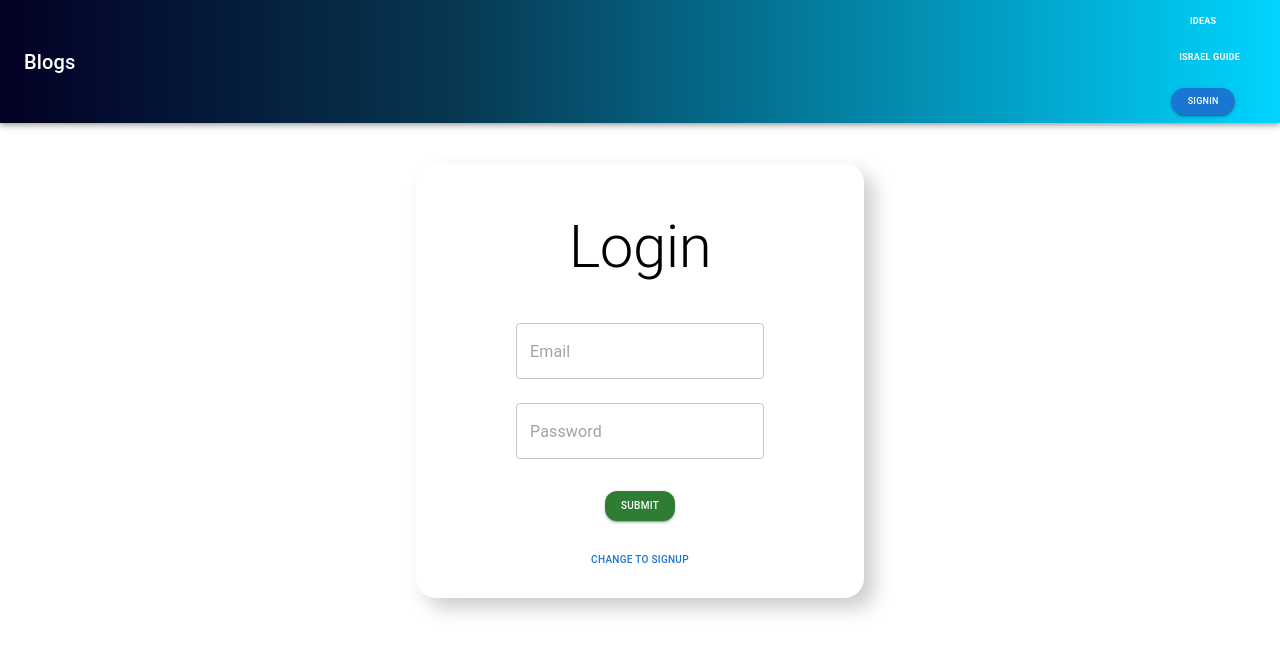
Repository: LolaSL/myBlogs
Page: /auth (app in frontend/)
These files come from the project's save history. The page is drawn as it stood at one moment and after a run of saves; the edit follows.
The browser window is 1280 px wide. The pictures show the whole page.
The project was rebuilt for these pictures with package versions that can differ from the ones it lists, and the page was loaded fresh each time. Also part of the build but not shown: frontend/src/components/Blog.jsx, frontend/src/components/Blogs.jsx, frontend/src/components/UserBlog.jsx, frontend/src/components/BlogDetails.jsx, frontend/src/components/AddBlog.jsx, frontend/src/pages/HotelTips.jsx, frontend/src/pages/TouristTips.jsx, frontend/src/pages/Journey.jsx and 7 more. Imported but missing from the stored project, and not drawn on this page: frontend/src/components/videos/video.webm.

Above is the page before, as saved 2024-04-14 13:17:56.

### frontend/public/index.html
<!DOCTYPE html>
<html lang="en">
  <head>
    <meta charset="utf-8" />
    <link rel="icon" href="%PUBLIC_URL%/favicon.ico" />
    <meta name="viewport" content="width=device-width, initial-scale=1" />
    <meta name="theme-color" content="#000000" />
    <meta
      name="description"
      content="Web site created using create-react-app"
    />
    <link rel="apple-touch-icon" href="%PUBLIC_URL%/logo192.png" />
    <!--
      manifest.json provides metadata used when your web app is installed on a
      user's mobile device or desktop. See https://developers.google.com/web/fundamentals/web-app-manifest/
    -->
    <link rel="manifest" href="%PUBLIC_URL%/manifest.json" />
    <!--
      Notice the use of %PUBLIC_URL% in the tags above.
      It will be replaced with the URL of the `public` folder during the build.
      Only files inside the `public` folder can be referenced from the HTML.

      Unlike "/favicon.ico" or "favicon.ico", "%PUBLIC_URL%/favicon.ico" will
      work correctly both with client-side routing and a non-root public URL.
      Learn how to configure a non-root public URL by running `npm run build`.
    -->
    <link href="https://fonts.googleapis.com/css2?family=Montserrat&display=swap" rel="stylesheet">
    <title>React App</title>
  </head>
  <body>
    <noscript>You need to enable JavaScript to run this app.</noscript>
    <div id="root"></div>
    <!--
      This HTML file is a template.
      If you open it directly in the browser, you will see an empty page.

      You can add webfonts, meta tags, or analytics to this file.
      The build step will place the bundled scripts into the <body> tag.

      To begin the development, run `npm start` or `yarn start`.
      To create a production bundle, use `npm run build` or `yarn build`.
    -->
  </body>
</html>

### frontend/src/index.js
import React from 'react';
import ReactDOM from 'react-dom/client';
import './index.css';
import App from './App';
import reportWebVitals from './reportWebVitals';
import { BrowserRouter } from 'react-router-dom';
import { Provider } from 'react-redux';
import { store } from './store'
import 'react-toastify/dist/ReactToastify.css'



const root = ReactDOM.createRoot(document.getElementById('root'));
root.render(
  <React.StrictMode>
    <BrowserRouter>
      <Provider store={store}>
        <App />
      </Provider>
      </BrowserRouter>
  </React.StrictMode>
);

// If you want to start measuring performance in your app, pass a function
// to log results (for example: reportWebVitals(console.log))
// or send to an analytics endpoint. Learn more: https://bit.ly/CRA-vitals
reportWebVitals();

### frontend/src/index.css

* {
  margin: 0;
}
.pagination {
  display: flex;
  justify-content: center;
  list-style: none;
  padding: 0;
  margin: 10px;
}

.page-item {
  margin: 0 5px;
}

.page-link {
  display: inline-block;
  padding: 5px 10px;
  background-color: #007bff;
  color: #fff;
  border: 1px solid #007bff;
  border-radius: 5px;
  text-decoration: none;
  cursor: pointer;
}

.page-link:hover {
  background-color: #0056b3;
  color: #fff;
}

### frontend/src/App.js
import React, { useEffect } from 'react';
import Header from './components/Header';
import { Route, Routes } from 'react-router-dom';
import Auth from './components/Auth.jsx';
import Blogs from './components/Blogs.jsx';
import UserBlogs from './components/UserBlog.jsx';
import BlogDetails from './components/BlogDetails.jsx';
import AddBlog from './components/AddBlog.jsx';
import { useDispatch, useSelector } from 'react-redux';
import { authActions } from './store';
import HotelTips from './pages/HotelTips.jsx';
import TouristTips from './pages/TouristTips.jsx';
import Journey from './pages/Journey.jsx';
import CompliteGuide from './pages/CompliteGuide.jsx';
import BestTimeToVisit from './pages/BestTime.jsx';
import WheatherAndClimate from './pages/WeatherAndClimate.jsx';
import ReasonToVisitIsrael from './pages/ReasonTovisitIstael.jsx';
import Airport from './pages/Airport.jsx'
import FashionStyle from './pages/FashionStyle.jsx';
import { ToastContainer } from 'react-toastify';
import HealthRecipes from './pages/HealthRecipes.jsx'



function App() {
  const dispatch = useDispatch();
  const isLoggedIn = useSelector(state => state.isLoggedIn);
  console.log(isLoggedIn)
  useEffect(() => {

    if (localStorage.getItem("userId"))
      dispatch(authActions.login())
  }, [dispatch])

  return (
    <React.Fragment>
      <header>
        <Header />
      </header>
      <main>
        <Routes>
          <Route path="/health-dinner-recipes" element={<HealthRecipes />} />
          <Route path="/fashion-style" element={<FashionStyle />} />
          <Route path="/airport" element={<Airport />} />
          <Route path="/reasons-to-visit-israel" element={<ReasonToVisitIsrael />} />
          <Route path="/wheather-and-climate" element={<WheatherAndClimate />} />
          <Route path="/best-time-to-visit" element={<BestTimeToVisit />} />
          <Route path="/slide" element={<CompliteGuide />} />
          <Route path="/journey" element={<Journey />} />
          <Route path="/tips" element={<TouristTips />} />
          <Route path="/hotel-tips" element={<HotelTips />} />
          {!isLoggedIn ? <Route path="/auth" element={<Auth />} /> :
            <>
              <Route path="/blogs" element={<Blogs />} />
              <Route path="/blogs/add" element={<AddBlog />} />
              <Route path="/myBlogs" element={<UserBlogs />} />
              <Route path="/myBlogs/:id" element={<BlogDetails />} />
            </>
          }

        </Routes>
        <ToastContainer position="bottom-center" limit={1} autoClose={3000} />
      </main>

    </React.Fragment>
  );
}

export default App;

### frontend/src/store/index.js
import { configureStore, createSlice } from '@reduxjs/toolkit';

const authSlice = createSlice({
    name: 'auth',
    initialState: { isLoggedIn: false },
    reducers: {
        login(state) {
            state.isLoggedIn = true;
        },
        logout(state) {
            localStorage.removeItem("userId")
            state.isLoggedIn = false;
        }
    }
});
export const authActions = authSlice.actions
export const store = configureStore({
    reducer: authSlice.reducer
})

### frontend/src/components/Header.jsx
import React, { useState } from "react";
import {
  AppBar,
  Toolbar,
  Typography,
  Box,
  Button,
  Tabs,
  Tab,
  useMediaQuery,
  useTheme,
  Drawer,
  List,
  ListItem,
  ListItemText,
} from "@mui/material";
import { Link } from "react-router-dom";
import { useSelector, useDispatch } from "react-redux";
import { authActions } from "../store";
import useStyles from "./utils";
import Guide from "./Guide";
import Ideas from "./Ideas";
import { toast } from "react-toastify";
import "react-toastify/dist/ReactToastify.css";

const Header = () => {
  const classes = useStyles();
  const dispatch = useDispatch();
  const isLoggedIn = useSelector((state) => state.isLoggedIn);
  const [value, setValue] = useState(0);
  const [menuOpen, setMenuOpen] = useState(false);

  const theme = useTheme();

  const isSmallScreen = useMediaQuery(theme.breakpoints.down("sm"));

  const toggleMenu = () => {
    setMenuOpen(!menuOpen);
  };

  const handleLogout = () => {
    dispatch(authActions.logout());
    toast.success("Logged out successfully!");
  };

  return (
    <AppBar
      position="sticky"
      sx={{
        background:
          "linear-gradient(90deg, rgba(2,0,36,1) 0%, rgba(7,54,80,1) 35%, rgba(0,212,255,1) 100%)",
        top: 0,
      }}
    >
      <Toolbar>
        <Typography className={classes.font} variant="h6">
          Blogs
        </Typography>
        {!isLoggedIn && (
          <Box
            fontSize="9px"
            position="right"
            marginLeft={"auto"}
            marginRight={"4"}
          >   <Ideas />
              <Guide />
            <Button
              display="flex"
              className={classes.font}
              LinkComponent={Link}
              to="/auth"
              variant="contained"
              sx={{ margin: 1, borderRadius: 10, fontSize: "9px" }}
              color="primary"
            >
              SignIn
            </Button>
          </Box>



        )}
        {isLoggedIn && (
          <>
            <Box
              fontSize="9px"
              display="flex"
              marginLeft={"auto"}
              marginRight={"auto"}
            >
              {isSmallScreen ? (
                <>
                  <Ideas />
                  <Guide />
                  <Button
                    className={classes.font}
                    onClick={toggleMenu}
                    variant="text"
                    sx={{ margin: 1, borderRadius: 10, fontSize: "9px", color: "white" }}
                  >
                    Menu
                  </Button>
                </>
              ) : (
                <Tabs
                  sx={{ fontSize: "9px" }}
                  textColor="inherit"
                  value={value}
                  onChange={(e, val) => setValue(val)}
                >
                  <Tab
                    sx={{ fontSize: "9px" }}
                    className={classes.font}
                    LinkComponent={Link}
                    to="/blogs"
                    label="Blogs"
                  />
                  <Tab
                    sx={{ fontSize: "9px" }}
                    className={classes.font}
                    LinkComponent={Link}
                    to="/myBlogs"
                    label="My Blogs"
                  />
                  <Tab
                    sx={{ fontSize: "9px" }}
                    className={classes.font}
                    LinkComponent={Link}
                    to="/blogs/add"
                    label="Add Blog"
                  />
                </Tabs>
              )}
            </Box>

            {isSmallScreen && (
              <Drawer anchor="right" open={menuOpen} onClose={toggleMenu}>
                <List>
                  <ListItem component={Link} to="/blogs">
                    <ListItemText primary="Blogs" />
                  </ListItem>
                  <ListItem component={Link} to="/myBlogs">
                    <ListItemText primary="My Blogs" />
                  </ListItem>
                  <ListItem component={Link} to="/blogs/add">
                    <ListItemText primary="Add Blog" />
                  </ListItem>
                  <ListItem onClick={toggleMenu}>
                    <ListItemText primary="Close" />
                  </ListItem>
                </List>
              </Drawer>
            )}

            {!isSmallScreen && (
              <>
                <Ideas /> <Guide />
              </>
            )}
            <Button
              className={classes.font}
              onClick={handleLogout}
              LinkComponent={Link}
              to="/auth"
              variant="contained"
              sx={{ margin: 1, borderRadius: 10, fontSize: "9px" }}
              color="primary"
            >
              LogOut
            </Button>
          </>
        )}
     </Toolbar>
    </AppBar>
  );
 };

export default Header;

### frontend/src/components/Auth.jsx
import React, { useState } from "react";
import { Box, Button, TextField, Typography } from "@mui/material";
import axios from "axios";
import { authActions } from '../store';
import { useDispatch } from 'react-redux';
import { useNavigate } from "react-router-dom";
import useStyles from "./utils";
import { toast } from 'react-toastify';
import { getError } from '../errors.js';


const Auth = () => {
  const classes = useStyles();
  const navigate = useNavigate();
  const dispatch = useDispatch();
  const [inputs, setInputs] = useState({
    name: "",
    email: "",
    password: "",
  });

  const [isSignUp, setIsSignUp] = useState(false);

  const handleChange = (e) => {
    setInputs((prevState) => ({
      ...prevState,
      [e.target.name]: e.target.value,
    }));
  };

  const sendRequest = async (type = "login") => {
    try {
      const res = await axios.post(`http://localhost:5050/api/user/${type}`, {
        name: inputs.name,
        email: inputs.email,
        password: inputs.password,
      });

      const data = res.data;
      if (type === 'signup') {
        toast.success('Signup successful!');
      } else {
        toast.success('Login successful!');
      }
      localStorage.setItem('userId', data.user._id);
      dispatch(authActions.login());
      navigate("/blogs");
    } catch (error) {
      toast.error(getError(error));
    }
  };

  const handleSubmit = (e) => {
    e.preventDefault();
    if (isSignUp) {
      sendRequest("signup");
    } else {
      sendRequest();
    }
  };

  return (
    <div>
      <form onSubmit={handleSubmit}>
        <Box
          maxWidth={400}
          display="flex"
          flexDirection={"column"}
          alignItems="center"
          justifyContent={"center"}
          boxShadow="10px 10px 20px #ccc"
          padding={3}
          margin="auto"
          marginTop={5}
          borderRadius={5}
        >
          <Typography className={classes.font} variant="h2" padding={3} textAlign="center">
            {isSignUp ? "Signup" : "Login"}
          </Typography>
          {isSignUp && (
            <TextField
              className={classes.font}
              name="name"
              onChange={handleChange}
              margin="normal"
              value={inputs.name}
              placeholder="Name"
            />
          )}
          <TextField
            className={classes.font}
            name="email"
            onChange={handleChange}
            margin="normal"
            value={inputs.email}
            placeholder="Email"
            type={"email"}
          />
          <TextField
            className={classes.font}
            name="password"
            onChange={handleChange}
            margin="normal"
            value={inputs.password}
            placeholder="Password"
            type={"password"}
          />
          <Button
            className={classes.font}
            type="submit"
            variant="contained"
            sx={{ borderRadius: 3, marginTop: 3, fontSize: "10px" }}
            color="success"
          >
            Submit
          </Button>
          <Button
            className={classes.font}
            sx={{ borderRadius: 3, marginTop: 3, fontSize: "10px" }}
            color="primary"
            onClick={(e) => setIsSignUp(!isSignUp)}
          >
            Change to {isSignUp ? "Login" : "Signup"}
          </Button>
        </Box>
      </form>
      {/* <ToastContainer/> */}
    </div>
  );
};

export default Auth;

### frontend/src/components/utils.js
import { styled, useTheme } from '@mui/system';

const useStyles = () => {
  const theme = useTheme();

  return styled({
    typography: {
      fontFamily: ['"Montserrat"', 'Open Sans'].join(',')
    },
    container: {
      paddingTop: theme.spacing(4),
      paddingBottom: theme.spacing(4),
    },
    heading: {
      fontSize: "2rem",
      fontWeight: "lighter",
      textAlign: "center",
      marginTop: theme.spacing(4),
      marginBottom: theme.spacing(4),
      padding: theme.spacing(2),
    },
    section: {
      marginTop: theme.spacing(4),
      marginBottom: theme.spacing(4),
      padding: theme.spacing(2),
    },
    article: {
      fontWeight: "lighter",
      textAlign: "justify",
    },
  });
};
export default useStyles;

### frontend/src/components/Guide.jsx
import React, { useState } from "react";
import useStyles from "./utils";
import { Menu, MenuItem, Button } from "@mui/material";
import { Link } from "react-router-dom";

const Guide = () => {
  const classes = useStyles();
  const [isMenuOpen, setIsMenuOpen] = useState(false);
  const [anchorEl, setAnchorEl] = useState(null);

  const toggleMenu = () => {
    setIsMenuOpen(!isMenuOpen);
    setAnchorEl(null);
  };

  const openMenu = (event) => {
    setAnchorEl(event.currentTarget);
  };

  return (
    <div>
      <Button
        color="info"
        className={classes.font}
        onClick={openMenu}
        sx={{
          color: "white",
          fontWeight: "bold",
          fontSize: "9px",
          margin: 1,
          borderRadius: 6,
          display: "flex",
          justifyContent: "flex",

        }}

      >
       Israel Guide
      </Button>
      <Menu
        anchorEl={anchorEl}
        open={Boolean(anchorEl)}
        onClose={() => setAnchorEl(null)}
        anchorOrigin={{
          vertical: "bottom",
          horizontal: "right",
        }}
        transformOrigin={{
          vertical: "top",
          horizontal: "right",
        }}
      >
        {" "}
        <MenuItem
          className={classes.font}
          onClick={toggleMenu}
          component={Link}
          to="/slide"
        >
          Top destinations
        </MenuItem>
        <MenuItem
          className={classes.font}
          onClick={toggleMenu}
          component={Link}
          to="/best-time-to-visit"
        >
          The best time to visit
        </MenuItem>
        <MenuItem
          className={classes.font}
          onClick={toggleMenu}
          component={Link}
          to="/wheather-and-climate"
        >
          Wheather & Climate
        </MenuItem>
        <MenuItem
          className={classes.font}
          onClick={toggleMenu}
          component={Link}
          to="/reasons-to-visit-israel"
        >
          Reasons to visit Israel
        </MenuItem>
        <MenuItem
          className={classes.font}
          onClick={toggleMenu}
          component={Link}
          to="/airport"
        >
          Ben Gurion Aeroport
        </MenuItem>
      </Menu>
    </div>
  );
};

export default Guide;

### frontend/src/components/Ideas.jsx
import React, { useState } from "react";
import useStyles from "./utils";
import { Menu, MenuItem, Button } from "@mui/material";
import { Link } from "react-router-dom";

const Ideas = () => {
  const classes = useStyles();
  const [isMenuOpen, setIsMenuOpen] = useState(false);
  const [anchorEl, setAnchorEl] = useState(null);

  const toggleMenu = () => {
    setIsMenuOpen(!isMenuOpen);
    setAnchorEl(null);
  };

  const openMenu = (event) => {
    setAnchorEl(event.currentTarget);
  };

  return (
    <div>
      <Button
        className={classes.font}
        onClick={openMenu}
        sx={{
          color: "white",
          fontWeight: "bold",
          fontSize: "9px",
          margin: 1,
          borderRadius: 6,
          display: "flex",
          justifyContent: "flex",
        }}
      >
        Ideas
      </Button>
      <Menu
        anchorEl={anchorEl}
        open={Boolean(anchorEl)}
        onClose={() => setAnchorEl(null)}
        anchorOrigin={{
          vertical: "bottom",
          horizontal: "right",
        }}
        transformOrigin={{
          vertical: "top",
          horizontal: "right",
        }}
      >
        <MenuItem
          className={classes.font}
          onClick={toggleMenu}
          component={Link}
          to="/journey"
        >
          Find your next trip and destination
        </MenuItem>
        <MenuItem
          className={classes.font}
          onClick={toggleMenu}
          component={Link}
          to="/tips"
        >
          The best tourist tips
        </MenuItem>
        <MenuItem
          className={classes.font}
          onClick={toggleMenu}
          component={Link}
          to="/hotel-tips"
        >
          Tips to find a hotel
        </MenuItem>
        <MenuItem
          className={classes.font}
          onClick={toggleMenu}
          component={Link}
          to="/fashion-style"
        >
          Fashion and Style
        </MenuItem>
        <MenuItem
          className={classes.font}
          onClick={toggleMenu}
          component={Link}
          to="/health-dinner-recipes"
        >
          A few recipes for healthier dinner
        </MenuItem>
      </Menu>
    </div>
  );
};

export default Ideas;

Loaded but not shown: frontend/src/reportWebVitals.js (common file); frontend/src/errors.js (common file)

After the next 4 saves:
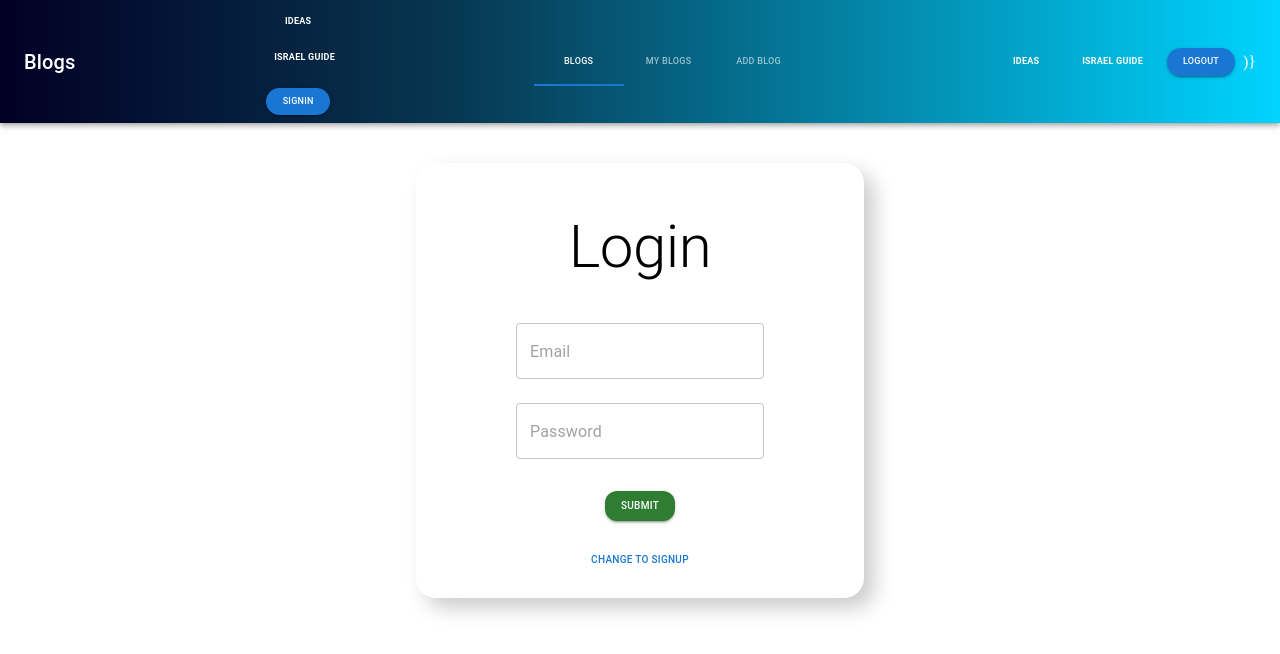
The 4 saves are shown as one change because 1 did not build or start and some came seconds apart.
The last was saved 62 days later.
--- a/frontend/src/components/Header.jsx
+++ b/frontend/src/components/Header.jsx
@@ -26,7 +26,7 @@ import "react-toastify/dist/ReactToastify.css";
 const Header = () => {
   const classes = useStyles();
   const dispatch = useDispatch();
-  const isLoggedIn = useSelector((state) => state.isLoggedIn);
+  // const isLoggedIn = useSelector((state) => state.isLoggedIn);
   const [value, setValue] = useState(0);
   const [menuOpen, setMenuOpen] = useState(false);
 
@@ -56,7 +56,7 @@ const Header = () => {
         <Typography className={classes.font} variant="h6">
           Blogs
         </Typography>
-        {!isLoggedIn && (
+        {/* {!isLoggedIn && ( */}
           <Box
             fontSize="9px"
             position="right"
@@ -79,8 +79,8 @@ const Header = () => {
 
 
 
-        )}
-        {isLoggedIn && (
+        {/* )} */}
+        {/* {isLoggedIn && ( */}
           <>
             <Box
               fontSize="9px"
